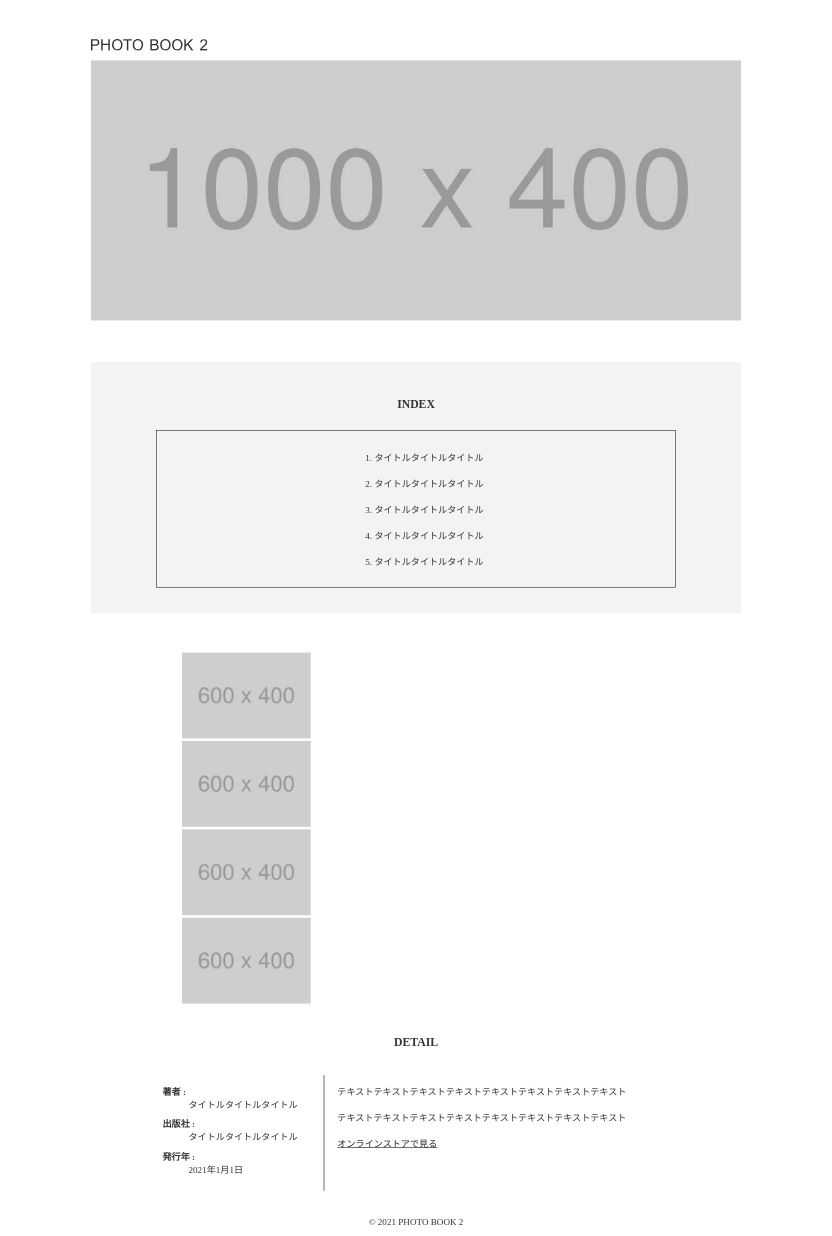
Repository: Fuki-san/photo-book-2
Page: http://localhost/photobook
An editor plug-in stored every save of this project. The page is shown before and after a run of saves, followed by the edit.
The browser window is 1280 px wide. The pictures show the whole page, at 65% of full size.
The page is served by the project's Laravel application, run on PHP 8.4 with Laravel 10.

Above is the page before, as saved 2023-12-01 12:49:00.

After the next 3 saves:
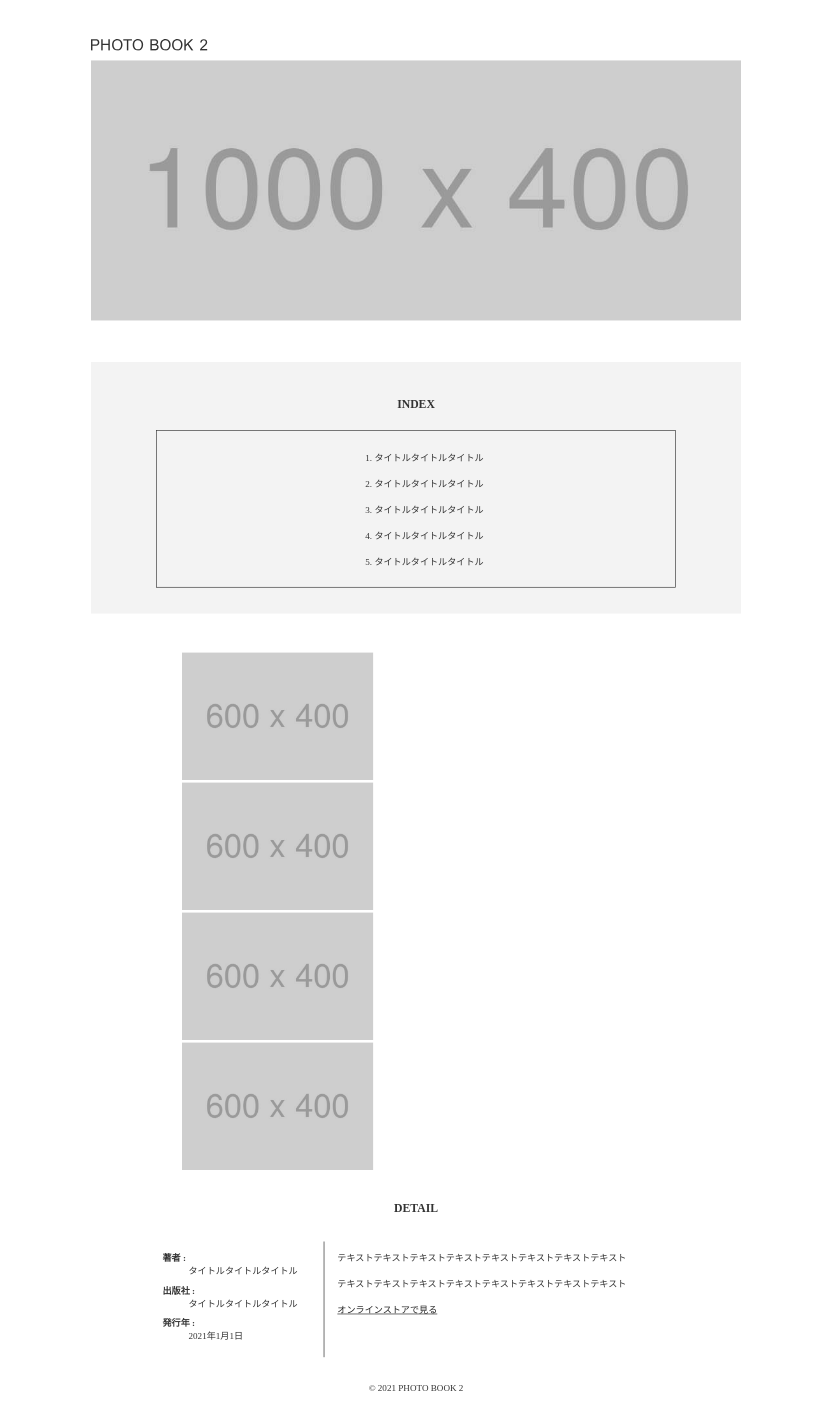
The 3 saves are shown as one change because they came seconds apart.
The last was saved 10 s later.
--- a/public/css/style.css
+++ b/public/css/style.css
@@ -79,7 +79,7 @@ ul{
     margin-bottom: 45px;
 }
 .list img{
-    width: 33%;
+    width: 49%;
 }
 
 /* detaill */
